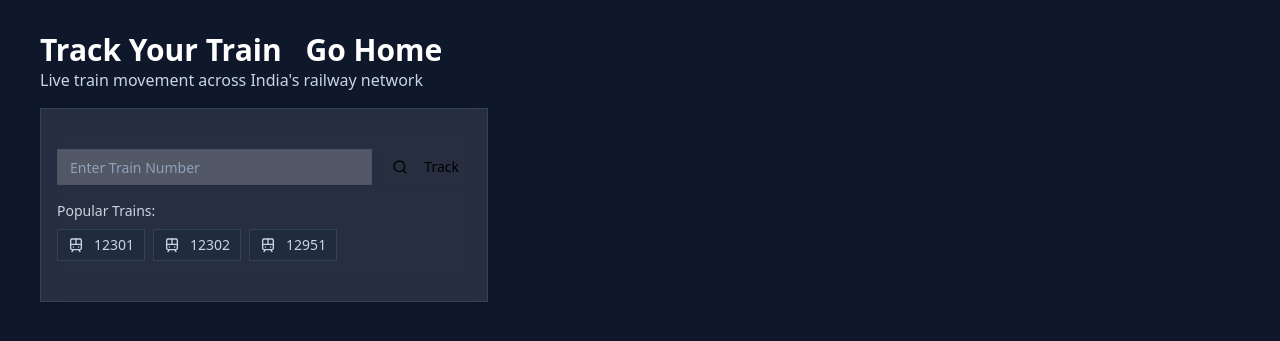
Repository: dhwanijain-dev/IRCTC
Page: /trackingtrain
These files come from the project's save history. The page is drawn as it stood at one moment and after a run of saves; the edit follows.
The browser window is 1280 px wide. The pictures show the whole page.
The project was rebuilt for these pictures with package versions that can differ from the ones it lists, and the page was loaded fresh each time. The framework's server and built-in components were replaced by stand-ins that run in the browser. Also part of the build but not shown: next.config.js, src/components/ui/badge.tsx, src/components/train-status-panel.tsx.

Above is the page before, as saved 2025-03-23 22:35:24.

### src/app/layout.tsx


import type { Metadata } from "next";
import { Geist, Geist_Mono } from "next/font/google";
import "./globals.css";
import SmoothScrollLenis from "@/app/components/SmoothScrollLenis";


const geistSans = Geist({
  variable: "--font-geist-sans",
  subsets: ["latin"],
});

const geistMono = Geist_Mono({
  variable: "--font-geist-mono",
  subsets: ["latin"],
});

export const metadata: Metadata = {
  title: "Create Next App",
  description: "Generated by create next app",
};

export default function RootLayout({
  children,
}: Readonly<{
  children: React.ReactNode;


}>)

{

  return (
    <html lang="en" suppressHydrationWarning>
      <body
        className={`${geistSans.variable} ${geistMono.variable} antialiased`}
      >
      <SmoothScrollLenis />

          {children}

      </body>
    </html>
  );
}

### src/app/trackingtrain/page.tsx
"use client"

import { useState } from "react"
import TrainMap from "@/components/train-map"
import TrainStatusPanel from "@/components/train-status-panel"
import TrainSearch from "@/components/train-search"
import Link from "next/link"

// Mock train data - in a real app, this would come from an API
const mockTrainData = {
    "12301": {
        name: "Howrah-New Delhi Rajdhani Express",
        number: "12301",
        status: "On Time",
        currentStation: "Kanpur Central",
        nextStation: "New Delhi",
        delay: 0,
        route: [
            {
                name: "Howrah Junction",
                code: "HWH",
                status: "departed",
                scheduledDeparture: "16:10",
                actualDeparture: "16:10",
            },
            {
                name: "Asansol Junction",
                code: "ASN",
                status: "departed",
                scheduledArrival: "18:01",
                actualArrival: "18:01",
                scheduledDeparture: "18:03",
                actualDeparture: "18:03",
            },
            {
                name: "Dhanbad Junction",
                code: "DHN",
                status: "departed",
                scheduledArrival: "18:55",
                actualArrival: "18:55",
                scheduledDeparture: "18:57",
                actualDeparture: "18:57",
            },
            {
                name: "Gaya Junction",
                code: "GAYA",
                status: "departed",
                scheduledArrival: "20:23",
                actualArrival: "20:23",
                scheduledDeparture: "20:25",
                actualDeparture: "20:25",
            },
            {
                name: "Dehri On Sone",
                code: "DOS",
                status: "departed",
                scheduledArrival: "21:10",
                actualArrival: "21:10",
                scheduledDeparture: "21:12",
                actualDeparture: "21:12",
            },
            {
                name: "Mughalsarai Junction",
                code: "MGS",
                status: "departed",
                scheduledArrival: "22:05",
                actualArrival: "22:05",
                scheduledDeparture: "22:15",
                actualDeparture: "22:15",
            },
            {
                name: "Allahabad Junction",
                code: "ALD",
                status: "departed",
                scheduledArrival: "23:30",
                actualArrival: "23:30",
                scheduledDeparture: "23:35",
                actualDeparture: "23:35",
            },
            {
                name: "Kanpur Central",
                code: "CNB",
                status: "departed",
                scheduledArrival: "01:30",
                actualArrival: "01:30",
                scheduledDeparture: "01:35",
                actualDeparture: "01:35",
            },
            { name: "New Delhi", code: "NDLS", status: "upcoming", scheduledArrival: "04:55", actualArrival: "04:55" },
        ],
        progress: 85, // percentage of journey completed
        coordinates: [
            { lat: 22.5986, lng: 88.3696 }, // Howrah
            { lat: 23.6739, lng: 86.9661 }, // Asansol
            { lat: 23.7957, lng: 86.4304 }, // Dhanbad
            { lat: 24.7955, lng: 84.9994 }, // Gaya
            { lat: 24.9168, lng: 84.0432 }, // Dehri On Sone
            { lat: 25.2815, lng: 83.1139 }, // Mughalsarai
            { lat: 25.4358, lng: 81.8463 }, // Allahabad
            { lat: 26.4499, lng: 80.3319 }, // Kanpur
            { lat: 28.6139, lng: 77.209 }, // New Delhi
        ],
    },
    "12302": {
        name: "New Delhi-Howrah Rajdhani Express",
        number: "12302",
        status: "Delayed",
        currentStation: "Gaya Junction",
        nextStation: "Dhanbad Junction",
        delay: 25,
        route: [
            { name: "New Delhi", code: "NDLS", status: "departed", scheduledDeparture: "16:10", actualDeparture: "16:10" },
            {
                name: "Kanpur Central",
                code: "CNB",
                status: "departed",
                scheduledArrival: "20:20",
                actualArrival: "20:20",
                scheduledDeparture: "20:25",
                actualDeparture: "20:25",
            },
            {
                name: "Allahabad Junction",
                code: "ALD",
                status: "departed",
                scheduledArrival: "22:30",
                actualArrival: "22:45",
                scheduledDeparture: "22:35",
                actualDeparture: "22:50",
            },
            {
                name: "Mughalsarai Junction",
                code: "MGS",
                status: "departed",
                scheduledArrival: "23:50",
                actualArrival: "00:05",
                scheduledDeparture: "00:00",
                actualDeparture: "00:15",
            },
            {
                name: "Dehri On Sone",
                code: "DOS",
                status: "departed",
                scheduledArrival: "00:55",
                actualArrival: "01:10",
                scheduledDeparture: "00:57",
                actualDeparture: "01:12",
            },
            {
                name: "Gaya Junction",
                code: "GAYA",
                status: "current",
                scheduledArrival: "01:43",
                actualArrival: "02:08",
                scheduledDeparture: "01:45",
                actualDeparture: "02:10",
            },
            {
                name: "Dhanbad Junction",
                code: "DHN",
                status: "upcoming",
                scheduledArrival: "03:25",
                actualArrival: "03:50",
                scheduledDeparture: "03:27",
                actualDeparture: "03:52",
            },
            {
                name: "Asansol Junction",
                code: "ASN",
                status: "upcoming",
                scheduledArrival: "04:25",
                actualArrival: "04:50",
                scheduledDeparture: "04:27",
                actualDeparture: "04:52",
            },
            { name: "Howrah Junction", code: "HWH", status: "upcoming", scheduledArrival: "06:55", actualArrival: "07:20" },
        ],
        progress: 55, // percentage of journey completed
        coordinates: [
            { lat: 28.6139, lng: 77.209 }, // New Delhi
            { lat: 26.4499, lng: 80.3319 }, // Kanpur
            { lat: 25.4358, lng: 81.8463 }, // Allahabad
            { lat: 25.2815, lng: 83.1139 }, // Mughalsarai
            { lat: 24.9168, lng: 84.0432 }, // Dehri On Sone
            { lat: 24.7955, lng: 84.9994 }, // Gaya
            { lat: 23.7957, lng: 86.4304 }, // Dhanbad
            { lat: 23.6739, lng: 86.9661 }, // Asansol
            { lat: 22.5986, lng: 88.3696 }, // Howrah
        ],
    },
    "12951": {
        name: "Mumbai Central - New Delhi Rajdhani Express",
        number: "12951",
        status: "Delayed",
        currentStation: "Kota Junction",
        nextStation: "Sawai Madhopur",
        delay: 15,
        route: [
            {
                name: "Mumbai Central",
                code: "MMCT",
                status: "departed",
                scheduledDeparture: "16:35",
                actualDeparture: "16:35",
            },
            {
                name: "Borivali",
                code: "BVI",
                status: "departed",
                scheduledArrival: "17:13",
                actualArrival: "17:13",
                scheduledDeparture: "17:15",
                actualDeparture: "17:15",
            },
            {
                name: "Surat",
                code: "ST",
                status: "departed",
                scheduledArrival: "19:14",
                actualArrival: "19:14",
                scheduledDeparture: "19:16",
                actualDeparture: "19:16",
            },
            {
                name: "Vadodara Junction",
                code: "BRC",
                status: "departed",
                scheduledArrival: "20:55",
                actualArrival: "20:55",
                scheduledDeparture: "21:00",
                actualDeparture: "21:00",
            },
            {
                name: "Ratlam Junction",
                code: "RTM",
                status: "departed",
                scheduledArrival: "00:15",
                actualArrival: "00:25",
                scheduledDeparture: "00:20",
                actualDeparture: "00:30",
            },
            {
                name: "Kota Junction",
                code: "KOTA",
                status: "current",
                scheduledArrival: "03:00",
                actualArrival: "03:15",
                scheduledDeparture: "03:05",
                actualDeparture: "03:20",
            },
            {
                name: "Sawai Madhopur",
                code: "SWM",
                status: "upcoming",
                scheduledArrival: "04:32",
                actualArrival: "04:47",
                scheduledDeparture: "04:34",
                actualDeparture: "04:49",
            },
            {
                name: "Mathura Junction",
                code: "MTJ",
                status: "upcoming",
                scheduledArrival: "06:25",
                actualArrival: "06:40",
                scheduledDeparture: "06:27",
                actualDeparture: "06:42",
            },
            { name: "New Delhi", code: "NDLS", status: "upcoming", scheduledArrival: "08:35", actualArrival: "08:50" },
        ],
        progress: 65, // percentage of journey completed
        coordinates: [
            { lat: 18.9712, lng: 72.819 }, // Mumbai Central
            { lat: 19.2312, lng: 72.8553 }, // Borivali
            { lat: 21.1702, lng: 72.8311 }, // Surat
            { lat: 22.3072, lng: 73.1812 }, // Vadodara
            { lat: 23.3315, lng: 75.0367 }, // Ratlam
            { lat: 25.2138, lng: 75.8648 }, // Kota
            { lat: 26.0207, lng: 76.3534 }, // Sawai Madhopur
            { lat: 27.4924, lng: 77.6737 }, // Mathura
            { lat: 28.6139, lng: 77.209 }, // New Delhi
        ],
    },
}

export default function TrackYourTrainPage() {
    const [selectedTrain, setSelectedTrain] = useState<any>(null)
    const [searchQuery, setSearchQuery] = useState<string>("");

    const handleTrainSearch = (trainNumber: string | number) => {
        setSearchQuery(String(trainNumber))
        setSelectedTrain(mockTrainData[trainNumber])
    }

    return (
        <div className="relative w-full  h-screen bg-slate-900">
            {/* 3D Map */}
            <TrainMap selectedTrain={selectedTrain} />

            {/* UI Overlay */}
            <div className="absolute top-0 left-0 w-full h-full pointer-events-none px-10">
                <div className="container mx-auto h-full flex flex-col">
                    {/* Header */}
                    <div className="pt-8 pb-4 pointer-events-auto">
                        <h1 className="text-3xl font-bold text-white">Track Your Train <Link className="ml-4 text-" href="/">Go Home</Link> </h1>
                        <p className="text-slate-300">Live train movement across India's railway network</p>
                    </div>

                    {/* Search Panel */}
                    <div className="w-full max-w-md pointer-events-auto">
                        <TrainSearch onSearch={handleTrainSearch} />
                    </div>

                    {/* Spacer */}
                    <div className="flex-grow"></div>

                    {/* Status Panel */}
                    {selectedTrain && (
                        <div className="mb-8 pointer-events-auto">
                            <TrainStatusPanel train={selectedTrain} />
                        </div>
                    )}
                </div>
            </div>
        </div>
    )
}

### src/app/components/SmoothScrollLenis.tsx
"use client";
import { useEffect } from "react";
import Lenis from "@studio-freight/lenis";

const SmoothScrollLenis = () => {
    useEffect(() => {
        const lenis = new Lenis({
            smooth: true,
            lerp: 0.1, // Controls smoothness
        });

        const raf = (time) => {
            lenis.raf(time);
            requestAnimationFrame(raf);
        };

        requestAnimationFrame(raf);
    }, []);

    return (
        <></>
    );
};

export default SmoothScrollLenis;

### src/components/train-search.tsx
"use client"

import { useState, FormEvent } from "react"
import { Button } from "@/components/ui/button"
import { Input } from "@/components/ui/input"
import { Card, CardContent } from "@/components/ui/card"
import { Search, Train } from "lucide-react"

// Sample train numbers for quick selection
const popularTrains = [
  { number: "12301", name: "Howrah-New Delhi Rajdhani" },
  { number: "12302", name: "New Delhi-Howrah Rajdhani" },
  { number: "12951", name: "Mumbai-Delhi Rajdhani" },
]

interface TrainSearchProps {
  onSearch: (trainNumber: string) => void
}

export default function TrainSearch({ onSearch }: TrainSearchProps) {
  const [trainNumber, setTrainNumber] = useState<string>("")

  const handleSubmit = (e: FormEvent) => {
    e.preventDefault()
    if (trainNumber.trim()) {
      onSearch(trainNumber.trim())
    }
  }

  return (
      <Card className="bg-white/10 backdrop-blur-md border-slate-700">
        <CardContent className="p-4">
          <form onSubmit={handleSubmit} className="space-y-4">
            <div className="flex space-x-2">
              <Input
                  type="text"
                  placeholder="Enter Train Number"
                  value={trainNumber}
                  onChange={(e) => setTrainNumber(e.target.value)}
                  className="bg-white/20 border-slate-600 text-white placeholder:text-slate-400"
              />
              <Button type="submit" variant="default">
                <Search className="h-4 w-4 mr-2" />
                Track
              </Button>
            </div>

            <div>
              <p className="text-sm text-slate-300 mb-2">Popular Trains:</p>
              <div className="flex flex-wrap gap-2">
                {popularTrains.map((train) => (
                    <Button
                        key={train.number}
                        variant="outline"
                        size="sm"
                        className="bg-slate-800/50 border-slate-700 text-slate-300 hover:bg-slate-700 hover:text-white"
                        onClick={() => {
                          setTrainNumber(train.number)
                          onSearch(train.number)
                        }}
                    >
                      <Train className="h-3 w-3 mr-1" />
                      {train.number}
                    </Button>
                ))}
              </div>
            </div>
          </form>
        </CardContent>
      </Card>
  )
}

### src/components/ui/card.tsx
'use client'
import * as React from "react"

import { cn } from "@/lib/utils"

function Card({ className, ...props }: React.ComponentProps<"div">) {
  return (
    <div
      data-slot="card"
      className={cn(
        "bg-card text-card-foreground flex flex-col gap-6 rounded-xl border py-6 shadow-sm",
        className
      )}
      {...props}
    />
  )
}

function CardHeader({ className, ...props }: React.ComponentProps<"div">) {
  return (
    <div
      data-slot="card-header"
      className={cn(
        "@container/card-header grid auto-rows-min grid-rows-[auto_auto] items-start gap-1.5 px-6 has-data-[slot=card-action]:grid-cols-[1fr_auto] [.border-b]:pb-6",
        className
      )}
      {...props}
    />
  )
}

function CardTitle({ className, ...props }: React.ComponentProps<"div">) {
  return (
    <div
      data-slot="card-title"
      className={cn("leading-none font-semibold", className)}
      {...props}
    />
  )
}

function CardDescription({ className, ...props }: React.ComponentProps<"div">) {
  return (
    <div
      data-slot="card-description"
      className={cn("text-muted-foreground text-sm", className)}
      {...props}
    />
  )
}

function CardAction({ className, ...props }: React.ComponentProps<"div">) {
  return (
    <div
      data-slot="card-action"
      className={cn(
        "col-start-2 row-span-2 row-start-1 self-start justify-self-end",
        className
      )}
      {...props}
    />
  )
}

function CardContent({ className, ...props }: React.ComponentProps<"div">) {
  return (
    <div
      data-slot="card-content"
      className={cn("px-6", className)}
      {...props}
    />
  )
}

function CardFooter({ className, ...props }: React.ComponentProps<"div">) {
  return (
    <div
      data-slot="card-footer"
      className={cn("flex items-center px-6 [.border-t]:pt-6", className)}
      {...props}
    />
  )
}

export {
  Card,
  CardHeader,
  CardFooter,
  CardTitle,
  CardAction,
  CardDescription,
  CardContent,
}

### src/components/ui/button.tsx
'use client'
import * as React from "react"
import { Slot } from "@radix-ui/react-slot"
import { cva, type VariantProps } from "class-variance-authority"

import { cn } from "@/lib/utils"

const buttonVariants = cva(
  "inline-flex items-center justify-center gap-2 whitespace-nowrap rounded-md text-sm font-medium transition-all disabled:pointer-events-none disabled:opacity-50 [&_svg]:pointer-events-none [&_svg:not([class*='size-'])]:size-4 shrink-0 [&_svg]:shrink-0 outline-none focus-visible:border-ring focus-visible:ring-ring/50 focus-visible:ring-[3px] aria-invalid:ring-destructive/20 dark:aria-invalid:ring-destructive/40 aria-invalid:border-destructive",
  {
    variants: {
      variant: {
        default:
          "bg-primary text-primary-foreground shadow-xs hover:bg-primary/90",
        destructive:
          "bg-destructive text-white shadow-xs hover:bg-destructive/90 focus-visible:ring-destructive/20 dark:focus-visible:ring-destructive/40 dark:bg-destructive/60",
        outline:
          "border bg-background shadow-xs hover:bg-accent hover:text-accent-foreground dark:bg-input/30 dark:border-input dark:hover:bg-input/50",
        secondary:
          "bg-secondary text-secondary-foreground shadow-xs hover:bg-secondary/80",
        ghost:
          "hover:bg-accent hover:text-accent-foreground dark:hover:bg-accent/50",
        link: "text-primary underline-offset-4 hover:underline",
      },
      size: {
        default: "h-9 px-4 py-2 has-[>svg]:px-3",
        sm: "h-8 rounded-md gap-1.5 px-3 has-[>svg]:px-2.5",
        lg: "h-10 rounded-md px-6 has-[>svg]:px-4",
        icon: "size-9",
      },
    },
    defaultVariants: {
      variant: "default",
      size: "default",
    },
  }
)

function Button({
  className,
  variant,
  size,
  asChild = false,
  ...props
}: React.ComponentProps<"button"> &
  VariantProps<typeof buttonVariants> & {
    asChild?: boolean
  }) {
  const Comp = asChild ? Slot : "button"

  return (
    <Comp
      data-slot="button"
      className={cn(buttonVariants({ variant, size, className }))}
      {...props}
    />
  )
}

export { Button, buttonVariants }

### src/components/ui/input.tsx
'use client'
import * as React from "react"

import { cn } from "@/lib/utils"

function Input({ className, type, ...props }: React.ComponentProps<"input">) {
  return (
    <input
      type={type}
      data-slot="input"
      className={cn(
        "file:text-foreground placeholder:text-muted-foreground selection:bg-primary selection:text-primary-foreground dark:bg-input/30 border-input flex h-9 w-full min-w-0 rounded-md border bg-transparent px-3 py-1 text-base shadow-xs transition-[color,box-shadow] outline-none file:inline-flex file:h-7 file:border-0 file:bg-transparent file:text-sm file:font-medium disabled:pointer-events-none disabled:cursor-not-allowed disabled:opacity-50 md:text-sm",
        "focus-visible:border-ring focus-visible:ring-ring/50 focus-visible:ring-[3px]",
        "aria-invalid:ring-destructive/20 dark:aria-invalid:ring-destructive/40 aria-invalid:border-destructive",
        className
      )}
      {...props}
    />
  )
}

export { Input }

Loaded but not shown: src/app/globals.css (common file); src/lib/utils.ts (common file); src/components/train-map.tsx (248 lines, source omitted)

After the next 4 saves:
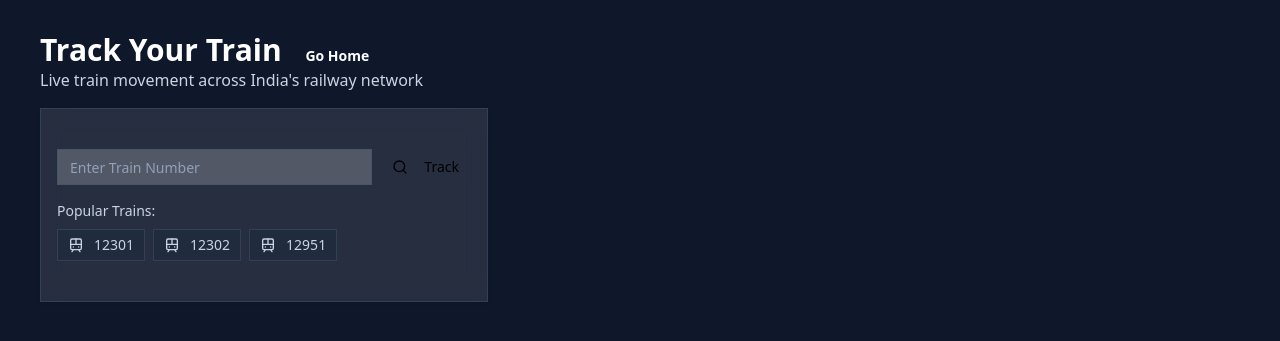
The 4 saves are shown as one change because they came seconds apart.
The last was saved 10 s later.
--- a/src/app/trackingtrain/page.tsx
+++ b/src/app/trackingtrain/page.tsx
@@ -302,7 +302,7 @@ export default function TrackYourTrainPage() {
                 <div className="container mx-auto h-full flex flex-col">
                     {/* Header */}
                     <div className="pt-8 pb-4 pointer-events-auto">
-                        <h1 className="text-3xl font-bold text-white">Track Your Train <Link className="ml-4 text-" href="/">Go Home</Link> </h1>
+                        <h1 className="text-3xl font-bold text-white">Track Your Train <Link className="ml-4 text-sm" href="/">Go Home</Link> </h1>
                         <p className="text-slate-300">Live train movement across India's railway network</p>
                     </div>
 
